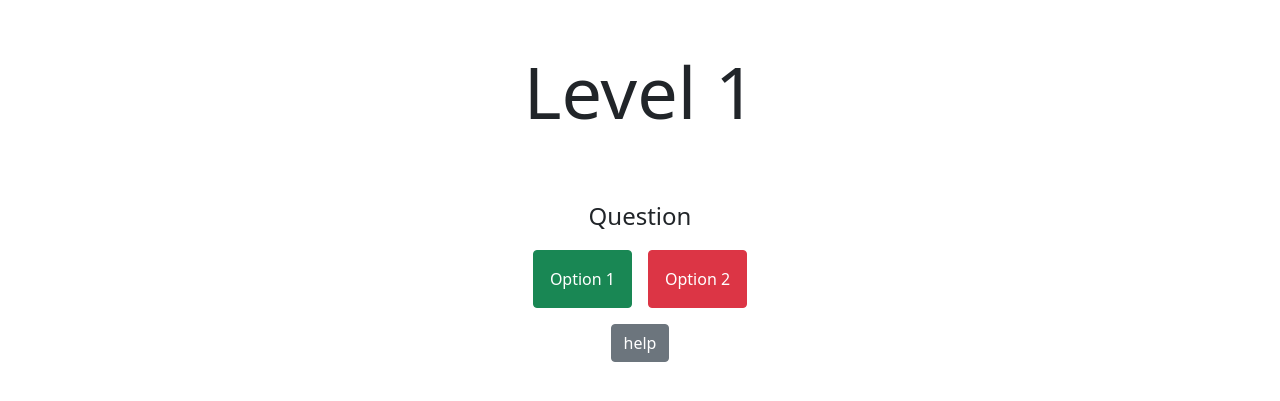
Repository: sreeramkongeseri/QuestionGame
Page: public/level1.html
These files come from the project's save history. The page is drawn as it stood at one moment and after the next save; the edit follows.
The browser window is 1280 px wide. The pictures show the whole page.
The page's requests for data from a server got no answer.

Above is the page before, as saved 2021-07-20 17:23:35.

### public/level1.html
<!DOCTYPE html>
<html lang="en">

<head>
  <meta charset="UTF-8" />
  <meta name="viewport" content="width=device-width, initial-scale=1.0" />
  <title>Level 1</title>

  <!-- Bootstrap -->
  <link href="https://cdn.jsdelivr.net/npm/bootstrap@5.0.2/dist/css/bootstrap.min.css" rel="stylesheet" integrity="sha384-EVSTQN3/azprG1Anm3QDgpJLIm9Nao0Yz1ztcQTwFspd3yD65VohhpuuCOmLASjC" crossorigin="anonymous">

  <!-- jQuery library -->
  <script src="https://ajax.googleapis.com/ajax/libs/jquery/3.5.1/jquery.min.js"></script>

  <!-- Bootstrap Javascript -->
  <script src="https://cdn.jsdelivr.net/npm/bootstrap@5.0.2/dist/js/bootstrap.bundle.min.js" integrity="sha384-MrcW6ZMFYlzcLA8Nl+NtUVF0sA7MsXsP1UyJoMp4YLEuNSfAP+JcXn/tWtIaxVXM" crossorigin="anonymous"></script>

  <!-- <link rel="stylesheet" href="main.css" /> -->

  <!-- Icons -->
  <link rel="stylesheet" href="https://use.fontawesome.com/releases/v5.7.0/css/all.css"
    integrity="sha384-lZN37f5QGtY3VHgisS14W3ExzMWZxybE1SJSEsQp9S+oqd12jhcu+A56Ebc1zFSJ" crossorigin="anonymous" />

  <!-- Script -->
  <script src="js/main.js"></script>

</head>


<body>


    <div class='d-flex justify-content-center p-5'>

        <div class='d-flex flex-column justify-content-center text-center'>


            <p class = 'display-2 mb-5'>Level 1</p>
            <p id = 'question' class='m-3 fs-4'>Question</p>

            <div class='d-flex justify-content-center'>
                <button class='btn btn-success rounded p-3 me-3 option'>Option 1</button>
                <button class='btn btn-danger rounded p-3 option'>Option 2</button>
            </div>


            <a id='next' href='level2.html' role='button' class='btn btn-primary align-self-center d-none' width=50px>continue</a>

             <!-- Button trigger modal -->
            <button type="button" class="btn btn-secondary align-self-center mt-3" data-toggle="modal" data-target="#exampleModal">
                help
            </button>

            <!-- Modal -->
            <div class="modal fade" id="exampleModal" tabindex="-1" role="dialog" aria-hidden="true">
                <div class="modal-dialog" role="document">
                    <div class="modal-content">
                        <div class="modal-header">
                            <h5 class="modal-title" id="exampleModalLabel">Help</h5>
                            <button type="button" class="close" data-dismiss="modal" aria-label="Close">
                                <span aria-hidden="true">&times;</span>
                            </button>
                        </div>
                    <div class="modal-body">
                        Here's the help text.
                </div>
            </div>

        </div>


    </div>

</body>

<script>
    fetch("http://localhost:3000/api/level1").then(response => response.json()).then(list =>
       update(list)
    );
</script>

### public/js/main.js
function update(list) {

    $('#question').text(list[0]);
    i = 0;
    $('.option').on('click', () => {
        if (i < list.length - 1) {
            i += 1;
            $('#question').text(list[i]);
        } else {
            $('#question').text("done!");
            $('#next').removeClass('d-none');
            $('.option').addClass('d-none');
        }
    });


}

After the next save:
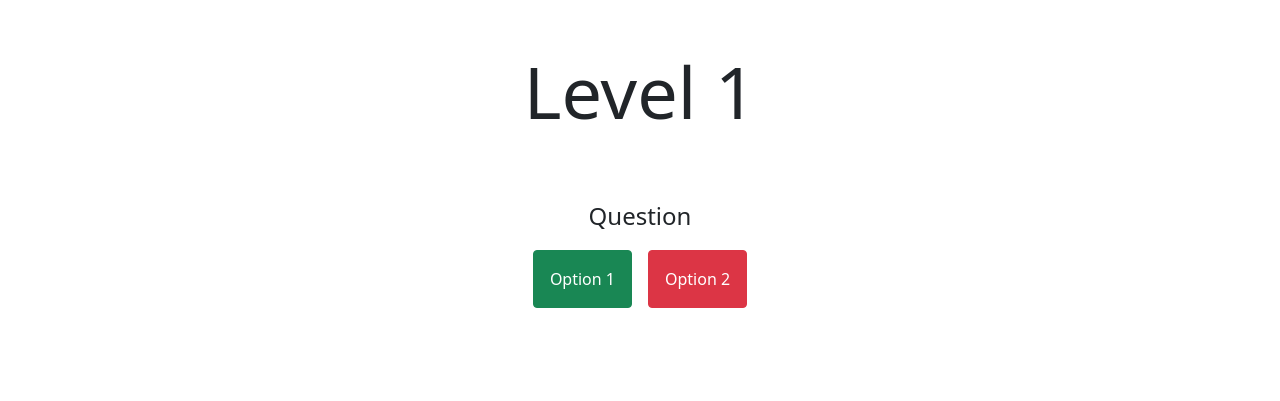
Saved 35 min 57 s later.
--- a/public/level1.html
+++ b/public/level1.html
@@ -46,25 +46,20 @@
 
             <a id='next' href='level2.html' role='button' class='btn btn-primary align-self-center d-none' width=50px>continue</a>
 
-             <!-- Button trigger modal -->
-            <button type="button" class="btn btn-secondary align-self-center mt-3" data-toggle="modal" data-target="#exampleModal">
-                help
-            </button>
-
-            <!-- Modal -->
-            <div class="modal fade" id="exampleModal" tabindex="-1" role="dialog" aria-hidden="true">
+            <div class="modal fade" id="exampleModal"  role="dialog" aria-hidden="true">
                 <div class="modal-dialog" role="document">
-                    <div class="modal-content">
-                        <div class="modal-header">
-                            <h5 class="modal-title" id="exampleModalLabel">Help</h5>
-                            <button type="button" class="close" data-dismiss="modal" aria-label="Close">
-                                <span aria-hidden="true">&times;</span>
-                            </button>
-                        </div>
+                  <div class="modal-content">
+                    <div class="modal-header">
+                      <h5 class="modal-title" id="exampleModalLabel">Help</h5>
+                      <button type="button" class="close" data-dismiss="modal" aria-label="Close">
+                        <span aria-hidden="true">&times;</span>
+                      </button>
+                    </div>
                     <div class="modal-body">
-                        Here's the help text.
+                      Here's the help text.
+                    </div>
+                  </div>
                 </div>
-            </div>
 
         </div>
 
